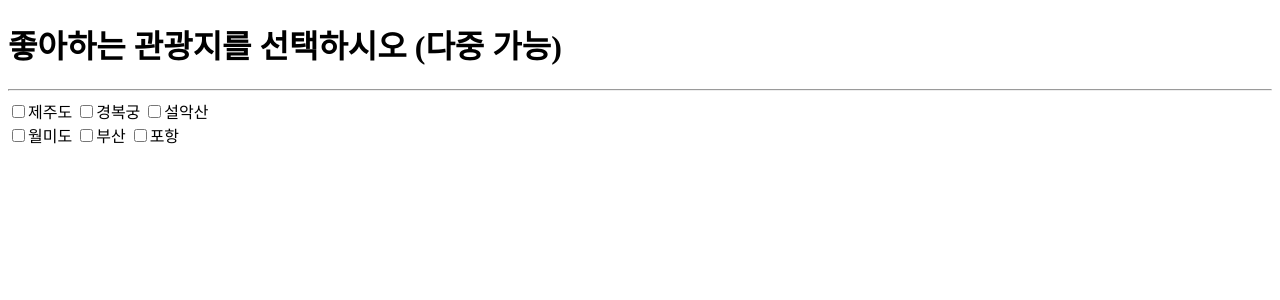
Repository: minimelody/servlet
Page: webworkspace2/web1/WebContent/views/ex1/check.html
An editor plug-in stored every save of this project. The page is shown before and after the next save, followed by the edit.
The browser window is 1280 px wide. The pictures show the whole page.

Above is the page before, as saved 2018-05-17 08:07:38.

### webworkspace2/web1/WebContent/views/ex1/check.html
<!DOCTYPE html>
<html>
<head>
<meta charset="UTF-8">
<title>Insert title here</title>
</head>
<body>
	<h1>좋아하는 관광지를 선택하시오 (다중 가능)</h1>
	<hr>
	<form action="/web1/check" method="get">
		<input type="checkbox" name="place" value="제주도" >제주도
		<input type="checkbox" name="place" value="경복궁" >경복궁
		<input type="checkbox" name="place" value="설악산" >설악산
		<br>
		<input type="checkbox" name="place" value="월미도" >월미도
		<input type="checkbox" name="place" value="부산" >부산
		<input type="checkbox" name="place" value="포항" >포항
	</form>
</body>
</html>

After the next save:
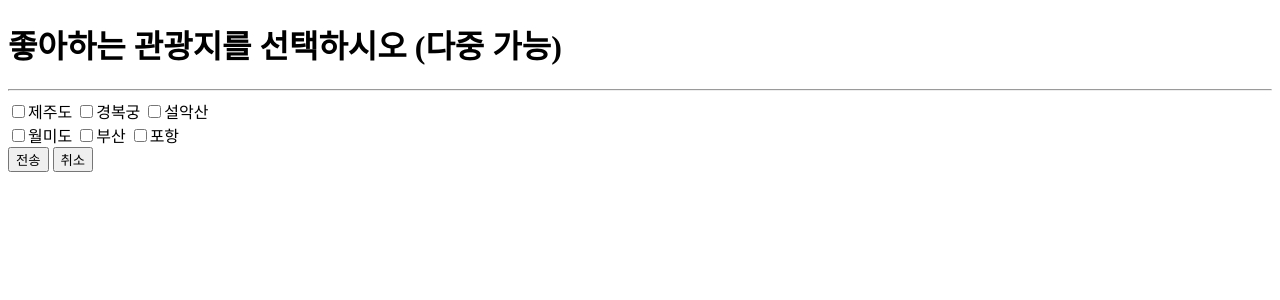
Saved 38 s later.
--- a/webworkspace2/web1/WebContent/views/ex1/check.html
+++ b/webworkspace2/web1/WebContent/views/ex1/check.html
@@ -15,6 +15,9 @@
 		<input type="checkbox" name="place" value="월미도" >월미도
 		<input type="checkbox" name="place" value="부산" >부산
 		<input type="checkbox" name="place" value="포항" >포항
+		<br>
+		<input type="submit" value="전송">
+		<input type="reset" value="취소">
 	</form>
 </body>
 </html>
